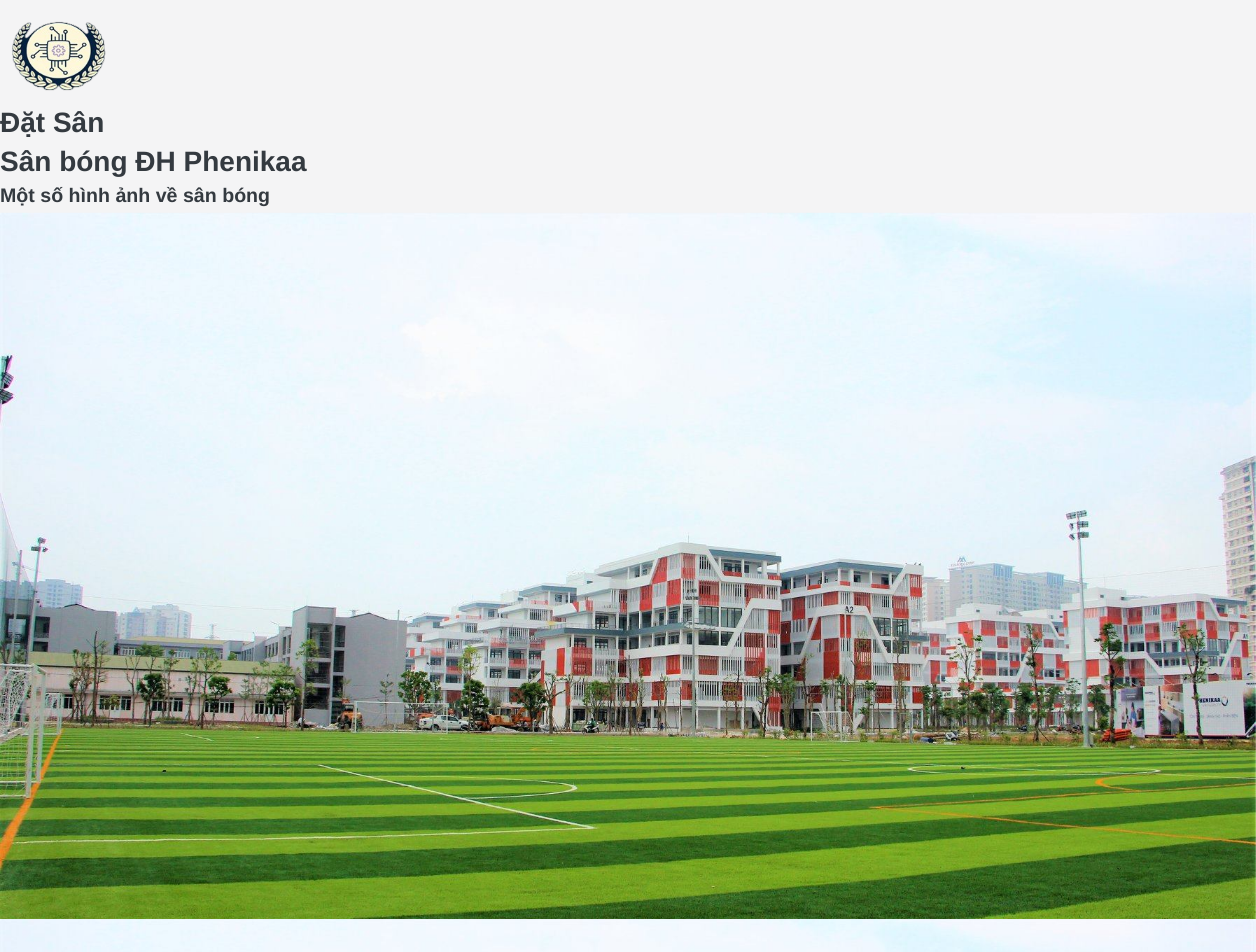
Repository: tus3300/BTL
Page: code/tacket.html
These files come from the project's save history. The page is drawn as it stood at one moment and after the next save; the edit follows.
The browser window is 1280 px wide. The page is 1794 px wide, then 1280 px, so the pictures cover 1794 px, including what lies to the right of the window. The pictures show the part of the page from y = 0 to 1360 px (the page is 4863 px tall before and 1562 px after), at 70% of full size.

Above is the page before, as saved 2023-05-21 00:16:37.

### code/tacket.html
<div class="tacket">
    <link href="css/style.css" rel="stylesheet">
    <link href="https://cdnjs.cloudflare.com/ajax/libs/font-awesome/5.15.0/css/all.min.css" rel="stylesheet">
    <link href="lib/owlcarousel/assets/owl.carousel.min.css" rel="stylesheet">
    <link rel="stylesheet" href="css/test.css">
    <link rel="preconnect" href="https://fonts.gstatic.com">
    <link href="https://fonts.googleapis.com/css2?family=Roboto:wght@300;400;500;700;900&display=swap" rel="stylesheet">
    <div class="head-tacket">
        <img src="./img/logo.png" alt="" class="">
        <h1 class="">Đặt Sân</h1>
    </div>
    <div class="main-tacket">
      <div id="toast"></div>
        <div class="head-main-tacket">
            <h1 class="">Sân bóng ĐH Phenikaa</h1>
            <h3 class="">Một số hình ảnh về sân bóng</h3>
            <div class="main-tacket-img">
                <img src="./img/news-500x280-4.jpg" alt="" class="">
                <img src="./img/news-500x280-4.jpg" alt="" class="">
                <img src="./img/news-500x280-4.jpg" alt="" class="">
                <img src="./img/news-500x280-4.jpg" alt="" class="">
            </div>
        </div>
        <div class="main-main-tacket">
            <div class="day-main-ticket">
                <h1 class="h1-main-tacket">Vui lòng chọn ngày</h1>
                <div class="round-ul">
                    <ul class="ul-day-tacket">
                        <li class="li-tacket">
                            <div class="item-tacket">
                                15/04/2023
                            </div>
                        </li>
                        <li class="li-tacket">
                            <div class="item-tacket">
                                16/04/2023
                            </div>
                        </li>
                        <li class="li-tacket">
                            <div class="item-tacket">
                                17/04/2023
                            </div>
                        </li>
                        <li class="li-tacket">
                            <div class="item-tacket">
                                18/04/2023
                            </div>
                        </li>

                        <div class="datepicker">
                            <label for="dateofbirth">Chọn ngày</label>
                            <input type="date" name="dateofbirth" id="dateofbirth">
                        </div>
                    </ul>
                </div>
            </div>

            <div class="hour-main-ticket">
                <h1 class="h1-main-tacket">Vui lòng chọn giờ</h1>
                <ul class="ul-hour-ticket">
                    <li class="li-hour-ticket">
                        <div class="hour-ticket">20:45 PM</div>
                    </li>
                    <li class="li-hour-ticket">
                        <div class="hour-ticket">20:45 PM</div>
                    </li>
                    <li class="li-hour-ticket">
                        <div class="hour-ticket">20:45 PM</div>
                    </li>
                    <li class="li-hour-ticket">
                        <div class="hour-ticket">20:45 PM</div>
                    </li>
                    <li class="li-hour-ticket">
                        <div class="hour-ticket">20:45 PM</div>
                    </li>
                </ul>
            </div>
        </div>
    </div>

    <div class="foot-ticket">
        <div class="bill-ticket">
           <div onclick="showSuccessToast();" class="btn btn--success"><button>Thanh toán</button></div>
        </div>
        <div class="check-bill">
            <style>
              .checkbox-style {
                display: inline-flex;
                align-items: center;
                gap: 10px;
                cursor: pointer;
                display: flex;
                justify-content: center;
                align-items: center;
                margin-top: 10px;
                margin-left: 5px;
              }
              .checkbox-label {
                cursor: pointer;
              }
              .checkbox-style input {
                display: none;
              }
              .checkbox-box {
                width: 30px;
                height: 30px;
                border: 1px solid #ccc;
                border-radius: 8px;
                padding: 5px;
                color: transparent;
                transition: all 0.2s linear;
              }
              .checkbox-input:checked + .checkbox-box {
                background-color: #6a5af9;
                border-color: #6a5af9;
                color: white;
              }
            </style>
            <label for="checkbox" class="checkbox-style">
              <input
                type="checkbox"
                name="evondev"
                id="checkbox"
                class="checkbox-input"
              />
              <div class="checkbox-box">
                <svg
                  xmlns="http://www.w3.org/2000/svg"
                  class="h-5 w-5"
                  viewBox="0 0 20 20"
                  fill="currentColor"
                >
                  <path
                    fill-rule="evenodd"
                    d="M16.707 5.293a1 1 0 010 1.414l-8 8a1 1 0 01-1.414 0l-4-4a1 1 0 011.414-1.414L8 12.586l7.293-7.293a1 1 0 011.414 0z"
                    clip-rule="evenodd"
                  />
                </svg>
              </div>
              <label for="checkbox" class="checkbox-label"></label>
            </label>
        </div>
        <div class="check-ticket">
          <a href="" class=""><button>Xác nhận</button></a>
        </div>
    </div>


  <script src="js/test.js"></script>
</div>
<script src="js/date.js"></script>

### code/css/test.css
* {
  padding: 0;
  margin: 0;
  box-sizing: border-box;
}

body {
  height: 100vh;
  display: flex;
  flex-direction: column;
  font-family: "Helvetica Neue";
  background-color: #f4f4f5;
}

body > div {
  margin: auto;
}

/* ======= Buttons ======== */

/* Block */
.btn {
  display: inline-block;
  text-decoration: none;
  background-color: transparent;
  border: none;
  outline: none;
  color: #fff;
  padding: 12px 48px;
  border-radius: 50px;
  cursor: pointer;
  min-width: 120px;
  transition: opacity 0.2s ease;
}

/* Modifier */
.btn--size-l {
  padding: 16px 56px;
}

.btn--size-s {
  padding: 8px 32px;
}

.btn:hover {
  opacity: 0.8;
}

.btn + .btn {
  margin-left: 16px;
}

.btn--success {
  background-color: #71be34;
}

.btn--warn {
  background-color: #ffb702;
}

.btn--danger {
  background-color: #ff623d;
}

.btn--disabled {
  opacity: 0.5 !important;
  cursor: default;
}

/* ======= Toast message ======== */

#toast {
  position: fixed;
  top: 32px;
  right: 32px;
  z-index: 999999;
}

.toast {
  display: flex;
  align-items: center;
  background-color: #fff;
  border-radius: 2px;
  padding: 20px 0;
  min-width: 400px;
  max-width: 450px;
  border-left: 4px solid;
  box-shadow: 0 5px 8px rgba(0, 0, 0, 0.08);
  transition: all linear 0.3s;
}

@keyframes slideInLeft {
  from {
    opacity: 0;
    transform: translateX(calc(100% + 32px));
  }
  to {
    opacity: 1;
    transform: translateX(0);
  }
}

@keyframes fadeOut {
  to {
    opacity: 0;
  }
}

.toast--success {
  border-color: #47d864;
}

.toast--success .toast__icon {
  color: #47d864;
}

.toast--info {
  border-color: #2f86eb;
}

.toast--info .toast__icon {
  color: #2f86eb;
}

.toast--warning {
  border-color: #ffc021;
}

.toast--warning .toast__icon {
  color: #ffc021;
}

.toast--error {
  border-color: #ff623d;
}

.toast--error .toast__icon {
  color: #ff623d;
}

.toast + .toast {
  margin-top: 24px;
}

.toast__icon {
  font-size: 24px;
}

.toast__icon,
.toast__close {
  padding: 0 16px;
}

.toast__body {
  flex-grow: 1;
}

.toast__title {
  font-size: 16px;
  font-weight: 600;
  color: #333;
}

.toast__msg {
  font-size: 14px;
  color: #888;
  margin-top: 6px;
  line-height: 1.5;
}

.toast__close {
  font-size: 20px;
  color: rgba(0, 0, 0, 0.3);
  cursor: pointer;
}

### code/js/test.js

  // Toast function
function toast({ title = "", message = "", type = "info", duration = 5000 }) {
  const main = document.getElementById("toast");
  if (main) {
    const toast = document.createElement("div");

    // Auto remove toast
    const autoRemoveId = setTimeout(function () {
      main.removeChild(toast);
    }, duration + 2000);

    // Remove toast when clicked
    toast.onclick = function (e) {
      if (e.target.closest(".toast__close")) {
        main.removeChild(toast);
        clearTimeout(autoRemoveId);
      }
    };

    const icons = {
      success: "fas fa-check-circle",
      info: "fas fa-info-circle",
      warning: "fas fa-exclamation-circle",
      error: "fas fa-exclamation-circle"
    };
    const icon = icons[type];
    const delay = (duration / 1000).toFixed(2);

    toast.classList.add("toast", `toast--${type}`);
    toast.style.animation = `slideInLeft ease .3s, fadeOut linear 1s ${delay}s forwards`;

    toast.innerHTML = `
                    <div class="toast__icon">
                        <i class="${icon}"></i>
                    </div>
                    <div class="toast__body">
                        <h3 class="toast__title">${title}</h3>
                        <p class="toast__msg">${message}</p>
                    </div>
                    <div class="toast__close">
                        <i class="fas fa-times"></i>
                    </div>
                `;
    main.appendChild(toast);
  }
}
function showSuccessToast() {
  toast({
    title: "Thành công!",
    message: "Bạn đã đăng ký thành công tài khoản tại F8.",
    type: "success",
    duration: 5000
  });
}

function showErrorToast() {
  toast({
    title: "Thất bại!",
    message: "Có lỗi xảy ra, vui lòng liên hệ quản trị viên.",
    type: "error",
    duration: 5000
  });
}

### code/js/date.js
const itemTacket = document.querySelectorAll('.item-tacket');

itemTacket.forEach((item) => {
    item.addEventListener("click" ,function(event){
        itemTacket.forEach((el) => el.classList.remove('active'));
        event.target.classList.add('active')
    })
})


const hourticket = document.querySelectorAll('.hour-ticket');

hourticket.forEach((item) => {
    item.addEventListener("click" ,function(event){
        hourticket.forEach((el) => el.classList.remove('active'));
        event.target.classList.add('active')
    })
})

Loaded but not shown: code/css/style.css (library); code/lib/owlcarousel/assets/owl.carousel.min.css (common file)

After the next save:
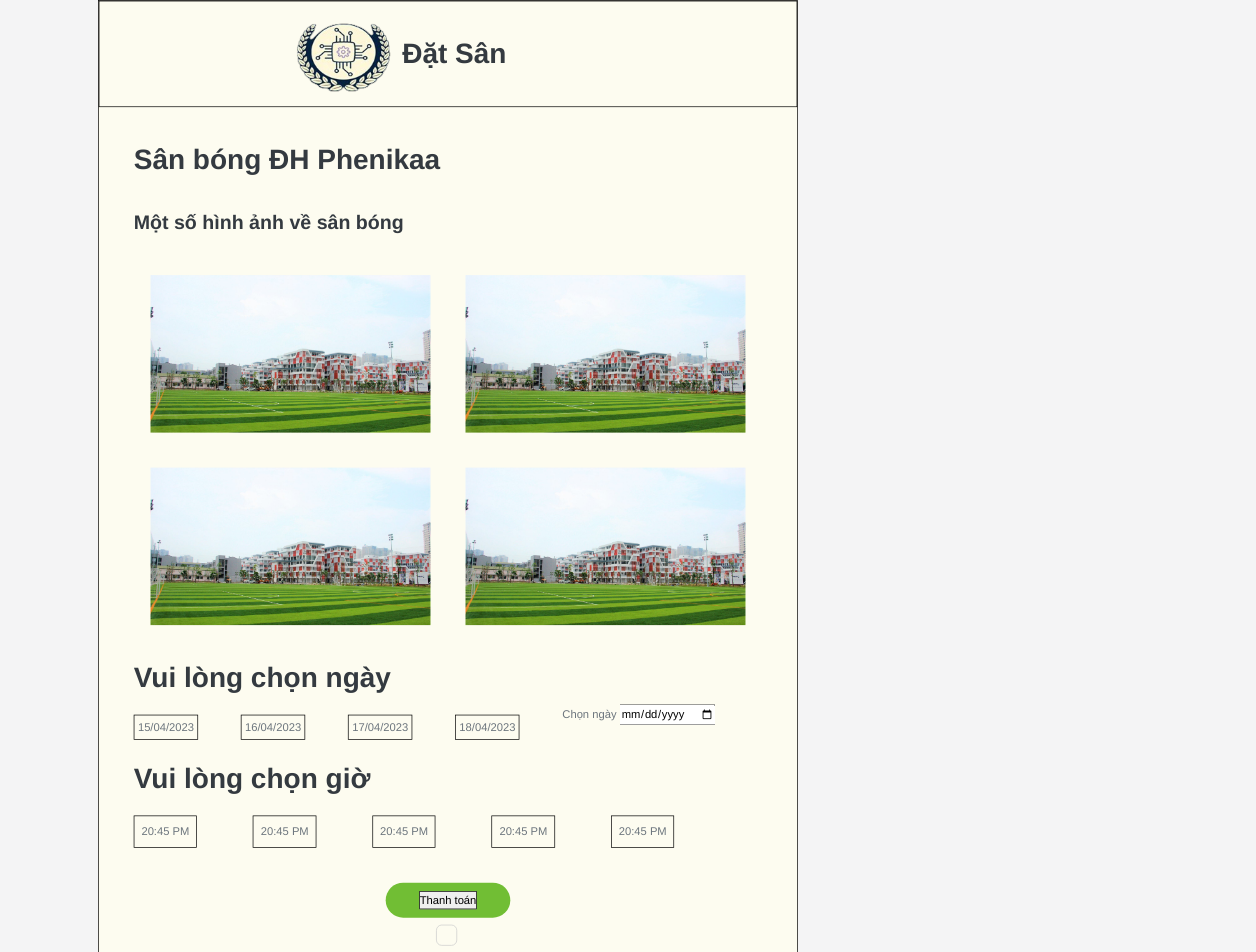
Saved 6 s later.
--- a/code/css/test.css
+++ b/code/css/test.css
@@ -173,3 +173,132 @@
   color: rgba(0, 0, 0, 0.3);
   cursor: pointer;
 }
+.tacket {
+  border:#000 solid 1px;
+  width: 1000px;
+  height: auto;
+  margin: 0 auto;
+  background: #fdfcf0;
+
+
+}
+.head-tacket{
+  text-align: center;
+  display: flex;
+  justify-content: center;
+  padding-right: 150px;
+  border: #000 solid 1px;
+}
+.head-tacket h1 {
+  justify-content: center;
+  margin-top: 50px;
+}
+
+.main-tacket{
+  margin-left: 50px;
+}
+.head-main-tacket  {
+  margin-top: 50px;
+}
+.head-main-tacket h4{
+  font: 1em sans-serif;
+}
+.head-main-tacket h3{
+  margin-top: 50px;
+}
+.main-tacket-img {
+  display: flex;
+  flex-wrap: wrap;
+  justify-content: center;
+  align-items: center;
+  margin-bottom: 50px;
+}
+.main-tacket-img img{
+  width: 400px;
+  display: flex;
+  margin-top: 50px;
+  margin-right: 50px;
+}
+.ul-day-tacket{
+  display: flex;
+  align-items: center;
+}
+.li-tacket{
+  margin-right: 50px;
+  list-style: none;
+  float: left;
+}
+.round-ul {
+  margin-top: 30px;
+  margin-bottom: 30px;
+}
+.item-tacket{
+  display:block;
+  border: 1px solid #000;
+  padding:5px;
+  margin-right: 11px;
+  z-index: 2;
+}
+.item-tacket:hover,
+.hour-ticket:hover{
+  background-color: #ED1C24;
+  color:#fff;
+  cursor: pointer;
+}
+.item-tacket.active,
+.hour-ticket.active{
+  background-color: #ED1C24;
+  color:#fff;
+}
+.datepicker{
+  margin-top: -30px;
+  margin-right: 20px;
+}
+.ul-hour-ticket{
+  display:flex;
+  margin-top: 30px;
+}
+.li-hour-ticket {
+  display: flex;
+  justify-content: center;
+  align-items: center;
+  margin-right: 80px;
+
+  border: 1px solid #000;
+}
+.hour-ticket{
+  padding: 10px;
+}
+.li-hour-ticket:hover {
+  background-color: #ED1C24;
+  text-decoration: none;
+  color:#fff;
+}
+.bill-ticket{
+  display:flex;
+  justify-content: center;
+  align-items: center;
+  margin-top: 50px;
+}
+.bill-ticket button,
+.check-ticket button{
+  border: 1px solid #000;
+}
+.check-ticket{
+  display:flex;
+  justify-content: center;
+  align-items: center;
+  margin-top: 50px;
+  margin-bottom: 100px;
+
+}
+.check-ticket button:hover ,
+.bill-ticket button:hover{
+  background-color: #ED1C24;
+  text-decoration: none;
+  color:#fff;
+}
+.check-ticket button{
+  width: 183px;
+  height: 60px;
+}
